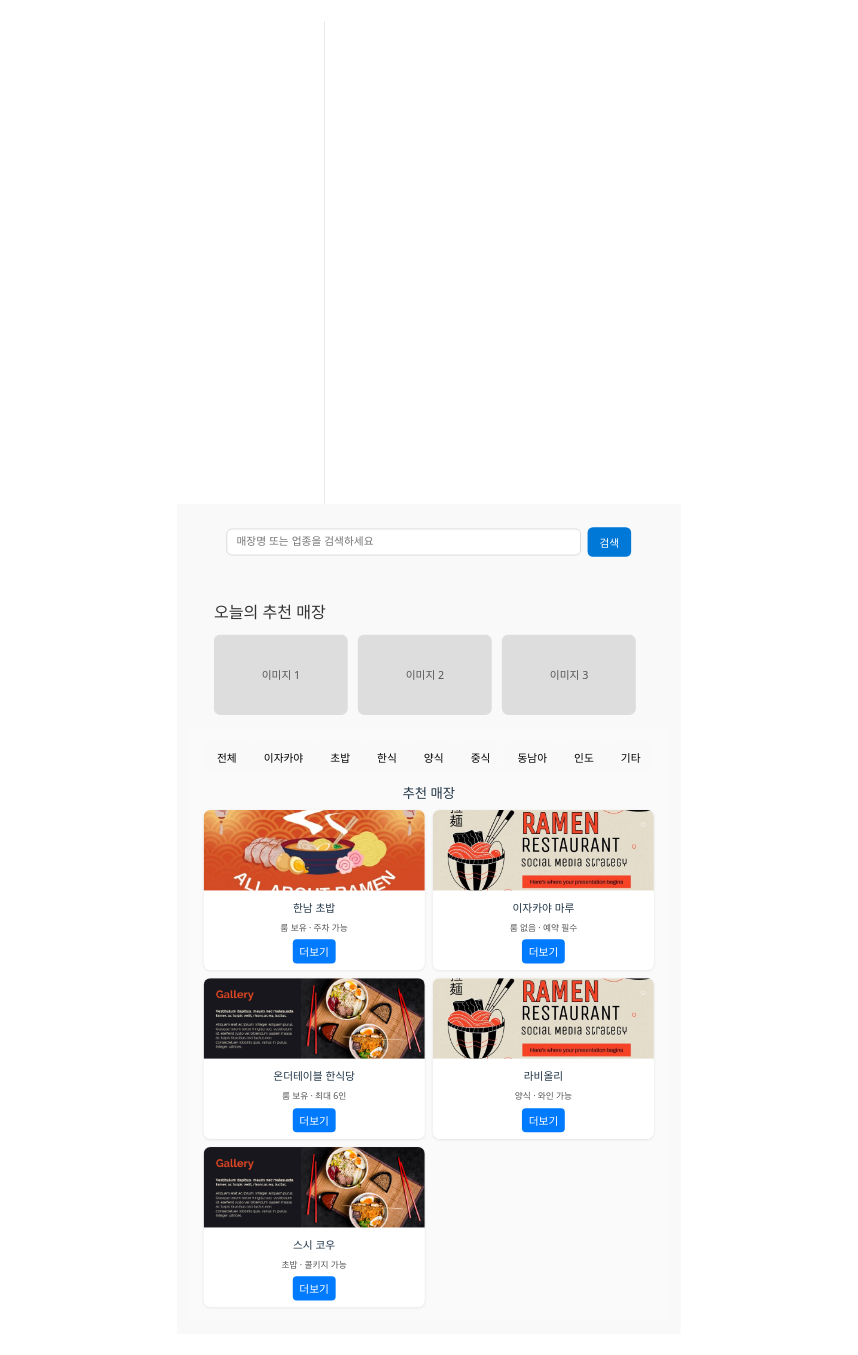
Repository: noiredex/Choplan-API
Page: / (app in choplan/frontend_main/)
These files come from the project's save history. The page is drawn as it stood at one moment and after the next save; the edit follows.
The browser window is 1280 px wide. The pictures show the whole page, at 67% of full size.
The project was rebuilt for these pictures with package versions that can differ from the ones it lists, and the page was loaded fresh each time. Also part of the build but not shown: choplan/frontend_main/vite.config.js, choplan/frontend_main/vite.config.ts, choplan/frontend_main/src/styles/StoreDetailPage.css, choplan/frontend_main/src/pages/StoreDetailPage.jsx.

Above is the page before, as saved 2025-10-22 12:26:27.

After the next save:
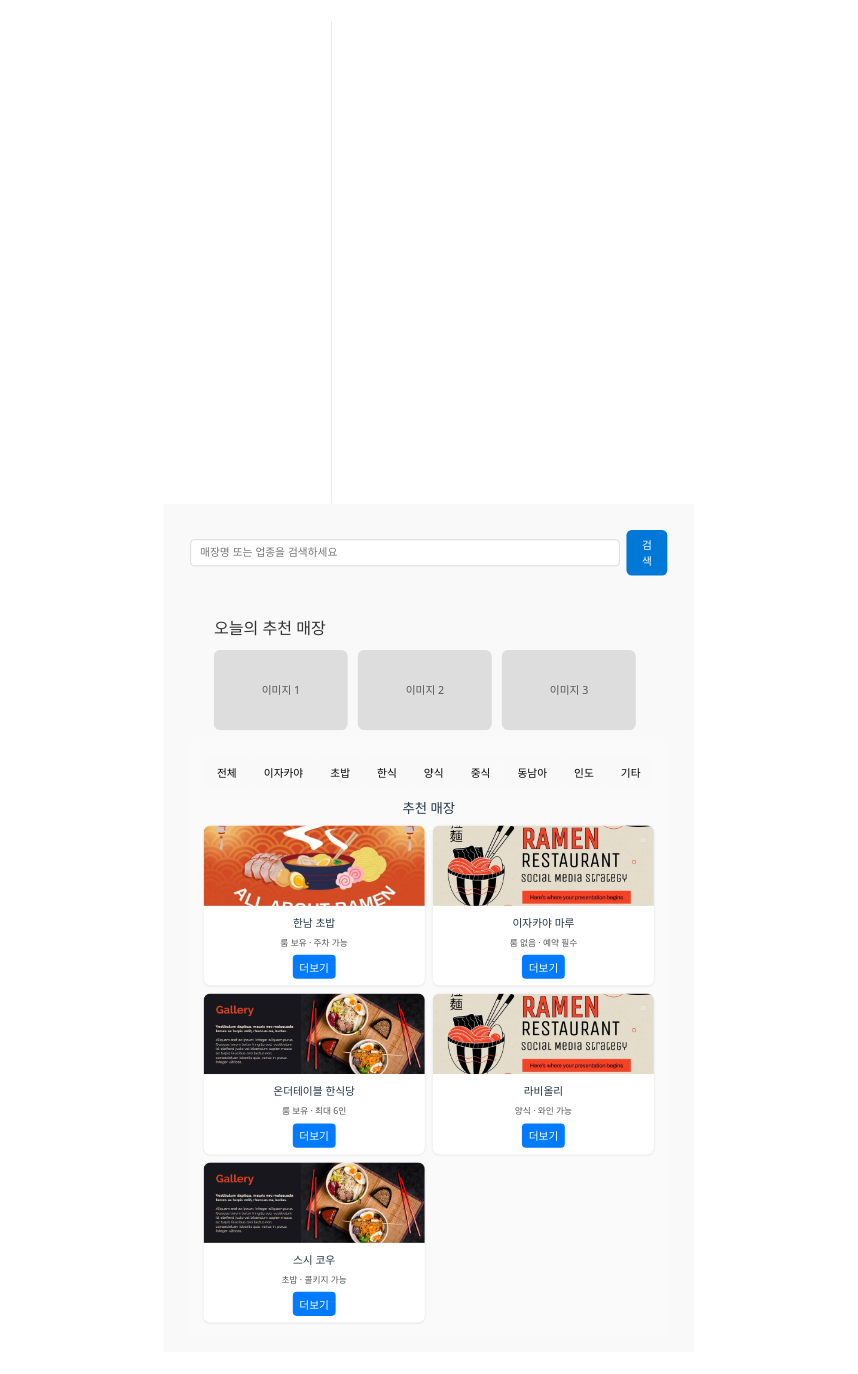
Saved 3 min 52 s later.
--- a/choplan/frontend_main/src/styles/HomePage.css
+++ b/choplan/frontend_main/src/styles/HomePage.css
@@ -1,18 +1,82 @@
+/* ===== 기본 구조 ===== */
 .home-container {
   display: flex;
   flex-direction: row;
-  height: 100vh;
+  width: 100%;
+  min-height: 100vh;
+  background-color: #f9f9f9;
+  overflow: hidden;
 }
 
-/* 메인 콘텐츠 */
+/* ===== 사이드바 ===== */
+.sidebar {
+  width: 250px;
+  min-width: 200px;
+  max-width: 280px;
+  background-color: #ffffff;
+  border-right: 1px solid #ddd;
+  overflow-y: auto;
+  transition: all 0.3s ease;
+}
+
+.sidebar-list {
+  list-style: none;
+  margin: 0;
+  padding: 0;
+}
+
+.sidebar-list li {
+  padding: 14px 18px;
+  border-bottom: 1px solid #eee;
+  cursor: pointer;
+  transition: background 0.2s;
+}
+
+.sidebar-list li:hover,
+.sidebar-list li.active {
+  background-color: #f0f0f0;
+}
+
+/* ===== 메인 콘텐츠 ===== */
 .main-content {
   flex: 1;
+  padding: 24px;
   overflow-y: auto;
-  padding: 20px;
   background-color: #f9f9f9;
+  display: flex;
+  flex-direction: column;
+  align-items: stretch;
 }
 
-/* 반응형 사이드바 */
+.search-bar {
+  margin-bottom: 20px;
+}
+
+.search-bar input {
+  width: 100%;
+  padding: 10px 14px;
+  border: 1px solid #ccc;
+  border-radius: 6px;
+  font-size: 16px;
+}
+
+/* ===== PC / 데스크탑 (>=1025px) ===== */
+@media (min-width: 1025px) {
+  .home-container {
+    flex-direction: row;
+  }
+
+  .sidebar {
+    position: relative;
+    height: 100vh;
+  }
+
+  .main-content {
+    padding: 24px 40px;
+  }
+}
+
+/* ===== 태블릿 (<=1024px) ===== */
 @media (max-width: 1024px) {
   .home-container {
     flex-direction: column;
@@ -32,27 +96,34 @@
   }
 
   .sidebar-list li {
-    padding: 10px 14px;
+    flex: 0 0 auto;
     border-bottom: none;
     border-right: 1px solid #eee;
+    white-space: nowrap;
   }
 
-  .sidebar-toggle {
-    display: none;
+  .main-content {
+    padding: 16px;
   }
 }
 
-/* 모바일 추가 (세로형 정렬) */
+/* ===== 모바일 (<=600px) ===== */
 @media (max-width: 600px) {
+  .home-container {
+    flex-direction: column;
+  }
+
+  .sidebar-list li {
+    font-size: 14px;
+    padding: 10px 12px;
+  }
+
   .main-content {
     padding: 10px;
   }
 
-  .sidebar-list li {
+  .search-bar input {
+    width: 100%;
     font-size: 14px;
   }
-
-  .search-bar input {
-    width: 100%;
-  }
 }
